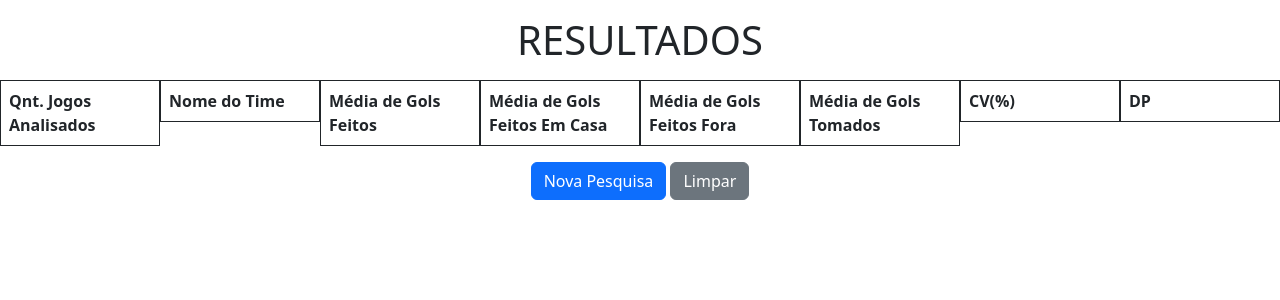
Repository: ricardodamaceno/Coeficiente-de-Variacao-de-Gols
Page: http://localhost/resposta
The author's editor kept a copy of each file at every save. The page is drawn from the files as they stood at one save, then again after the next save.
The browser window is 1280 px wide. The pictures show the whole page.
The page is this project's Thymeleaf template; nobody is signed in. The template is opened directly, without the code that normally fills it, so the values that code supplies are empty.

Above is the page before, as saved 2022-09-29 19:47:45.

After the next save:
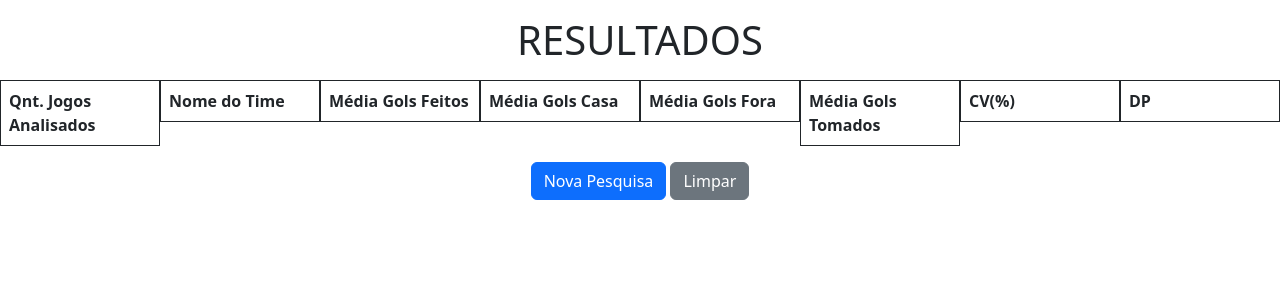
Saved 3 min 6 s later.
--- a/aposta-tozo/src/main/resources/templates/resposta.html
+++ b/aposta-tozo/src/main/resources/templates/resposta.html
@@ -76,7 +76,7 @@
 			class="table table-striped table-hover table-bordered border-dark">
 			<thead>
 				<tr>
-					<th scope="col">Média de Gols Feitos</th>
+					<th scope="col">Média Gols Feitos</th>
 				</tr>
 			</thead>
 			<tbody>
@@ -89,7 +89,7 @@
 			class="table table-striped table-hover table-bordered border-dark">
 			<thead>
 				<tr>
-					<th scope="col">Média de Gols Feitos Em Casa</th>
+					<th scope="col">Média Gols Casa</th>
 				</tr>
 			</thead>
 			<tbody>
@@ -102,7 +102,7 @@
 			class="table table-striped table-hover table-bordered border-dark">
 			<thead>
 				<tr>
-					<th scope="col">Média de Gols Feitos Fora</th>
+					<th scope="col">Média Gols Fora</th>
 				</tr>
 			</thead>
 			<tbody>
@@ -115,7 +115,7 @@
 			class="table table-striped table-hover table-bordered border-dark">
 			<thead>
 				<tr>
-					<th scope="col">Média de Gols Tomados</th>
+					<th scope="col">Média Gols Tomados</th>
 				</tr>
 			</thead>
 			<tbody>
